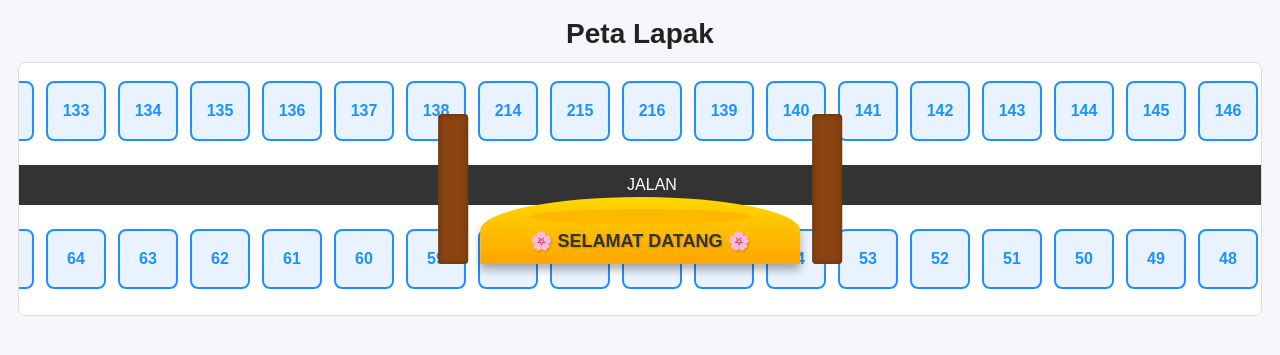
Repository: pasarrakyatbak/denah
Page: index.html
An editor plug-in stored every save of this project. The page is shown before and after the next save, followed by the edit.
The browser window is 1280 px wide. The pictures show the whole page.

Above is the page before, as saved 2025-09-19 08:35:48.

After the next save:
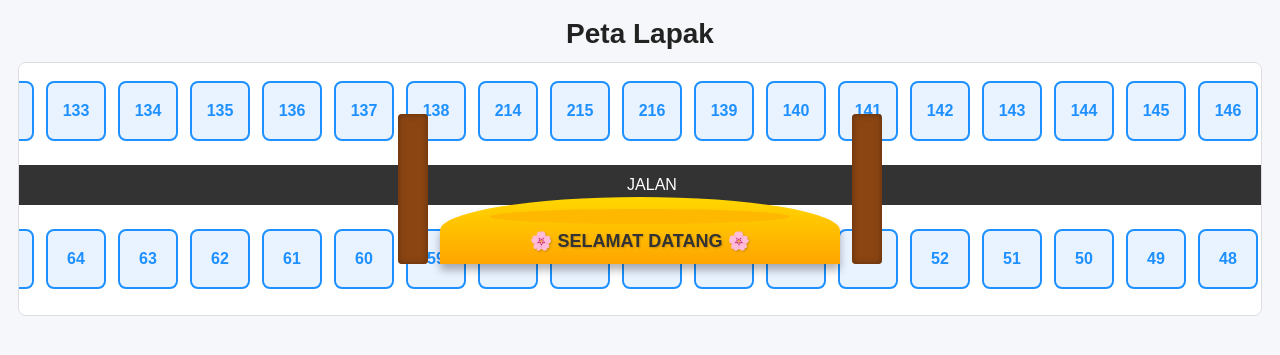
Saved 15 s later.
--- a/script.js
+++ b/script.js
@@ -1,31 +1,15 @@
-// === data nomor (sudah Anda berikan) ===
-const leftNumbers = [
-    1, 2, 3, 4, 5, 6, 7, 8, 9, 10, 11,
-    15, 16, 17, 18, 19, 20, 21, 22, 23, 24, 25, 26, 27, 28, 29, 30,
-    31, 32, 33, 34, 35, 36, 37, 38, 39, 40, 41, 42, 43, 44, 45, 46, 47, 48, 49, 50,
-    51, 52, 53, 54, 55, 56, 57, 58, 59, 60, 61, 62, 63, 64, 65, 66, 67, 68, 69, 70,
-    71, 72, 73, 74, 75, 76, 77, 78, 79, 80, 81, 82, 83, 84, 85, 86, 87, 88, 89, 90,
-    91, 92, 93, 94, 95, 96, 97, 98, 99, 100, 101, 102, 103, 104,
-    186, 187, 188, 189, 190, 191, 192, 193
-];
+// ===== DATA NOMOR =====
+const leftNumbers = [1, 2, 3, 4, 5, 6, 7, 8, 9, 10, 11, 15, 16, 17, 18, 19, 20, 21, 22, 23, 24, 25, 26, 27, 28, 29, 30, 31, 32, 33, 34, 35, 36, 37, 38, 39, 40, 41, 42, 43, 44, 45, 46, 47, 48, 49, 50, 51, 52, 53, 54, 55, 56, 57, 58, 59, 60, 61, 62, 63, 64, 65, 66, 67, 68, 69, 70, 71, 72, 73, 74, 75, 76, 77, 78, 79, 80, 81, 82, 83, 84, 85, 86, 87, 88, 89, 90, 91, 92, 93, 94, 95, 96, 97, 98, 99, 100, 101, 102, 103, 104, 186, 187, 188, 189, 190, 191, 192, 193];
+const rightNumbers = [194, 195, 196, 197, 198, 199, 200, 201, 202, 203, 204, 205, 206, 207, 208, 209, 210, 211, 212, 213, 105, 106, 107, 108, 109, 110, 111, 112, 113, 114, 115, 116, 117, 118, 119, 120, 121, 122, 123, 124, 125, 126, 127, 128, 129, 130, 131, 132, 133, 134, 135, 136, 137, 138, 214, 215, 216, 139, 140, 141, 142, 143, 144, 145, 146, 147, 148, 149, 150, 151, 152, 153, 154, 155, 156, 157, 158, 159, 160, 161, 162, 163, 164, 165, 166, 167, 168, 169, 170, 171, 172, 173, 174, 175, 176, 177, 178, 179, 180, 181, 182, 183, 184, 185];
 
-const rightNumbers = [
-    194, 195, 196, 197, 198, 199, 200, 201, 202, 203, 204, 205, 206, 207, 208, 209, 210, 211, 212, 213,
-    105, 106, 107, 108, 109, 110, 111, 112, 113, 114, 115, 116, 117, 118, 119, 120, 121, 122, 123, 124,
-    125, 126, 127, 128, 129, 130, 131, 132, 133, 134, 135, 136, 137, 138,
-    214, 215, 216,
-    139, 140, 141, 142, 143, 144, 145, 146, 147, 148, 149, 150, 151, 152, 153, 154, 155, 156, 157, 158, 159, 160,
-    161, 162, 163, 164, 165, 166, 167, 168, 169, 170, 171, 172, 173, 174, 175, 176, 177, 178, 179, 180,
-    181, 182, 183, 184, 185
-];
-// elemen
+// ===== ELEMENT =====
 const rightSide = document.getElementById('right-side');
 const leftSide = document.getElementById('left-side');
 const road = document.getElementById('road');
 const hInner = document.querySelector('.h-inner');
 const scrollContainer = document.querySelector('.scroll-container');
 
-// fungsi buat kotak lapak
+// ===== FUNSI =====
 function makeLapak(num) {
     const d = document.createElement('div');
     d.className = 'lapak';
@@ -33,13 +17,11 @@ function makeLapak(num) {
     return d;
 }
 
-// Render kanan (urutan asli)
+// render lapak
 rightNumbers.forEach(n => rightSide.appendChild(makeLapak(n)));
-
-// Render kiri (dibalik)
 leftNumbers.slice().reverse().forEach(n => leftSide.appendChild(makeLapak(n)));
 
-// Sisipkan "Gerbang Sekolah" di sisi kiri
+// sisipkan gerbang
 function insertGerbangBetween(parent, a, b, label = 'Gerbang Sekolah') {
     const children = Array.from(parent.children);
     const idxA = children.findIndex(c => c.textContent == String(a));
@@ -52,12 +34,10 @@ function insertGerbangBetween(parent, a, b, label = 'Gerbang Sekolah') {
     g.textContent = label;
     parent.insertBefore(g, refNode);
 }
+insertGerbangBetween(leftSide, 2, 3);
+insertGerbangBetween(leftSide, 11, 15);
 
-// Gerbang Sekolah tetap dipertahankan
-insertGerbangBetween(leftSide, 2, 3, 'Gerbang Sekolah');
-insertGerbangBetween(leftSide, 11, 15, 'Gerbang Sekolah');
-
-// === Buat gapura realistis ===
+// ===== GAPURA =====
 const gapura = document.createElement('div');
 gapura.className = 'gapura';
 gapura.innerHTML = `
@@ -70,8 +50,8 @@ gapura.innerHTML = `
 `;
 scrollContainer.appendChild(gapura);
 
-// Posisi gapura di tengah jalan
-function adjustGapura() {
+// ===== POSISI GAPURA 3D =====
+function adjustGapura3D() {
     const wTop = rightSide.scrollWidth;
     const wBottom = leftSide.scrollWidth;
     const maxW = Math.max(wTop, wBottom);
@@ -79,19 +59,21 @@ function adjustGapura() {
     hInner.style.minWidth = (maxW + 40) + 'px';
     road.style.width = maxW + 'px';
 
-    // Posisi horizontal gapura
-    gapura.style.position = 'absolute';
-    gapura.style.top = '50%'; // vertikal di tengah jalan
+    // posisi gapura di tengah jalan
     gapura.style.left = `${maxW / 2}px`;
-    gapura.style.transform = 'translate(-50%, -50%)';
 
-    // Scroll ke tengah jalan
+    // lebar atap menyesuaikan jalan
+    const atap = gapura.querySelector('.atap');
+    atap.style.width = Math.min(400, maxW / 2) + 'px';
+
+    // scroll otomatis ke tengah jalan
     const containerW = scrollContainer.clientWidth;
     scrollContainer.scrollLeft = Math.max(0, (maxW - containerW) / 2);
 }
 
-adjustGapura();
+// panggil saat load & resize
+adjustGapura3D();
 window.addEventListener('resize', () => {
     clearTimeout(window._adjustTimeout);
-    window._adjustTimeout = setTimeout(adjustGapura, 120);
+    window._adjustTimeout = setTimeout(adjustGapura3D, 120);
 });
